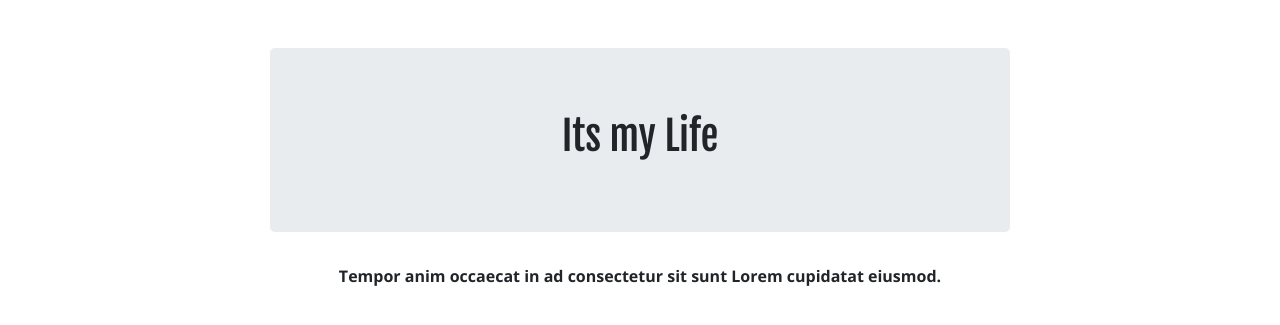
Repository: tanviredu/Data
Page: / (app in 28_vue_with_apis/vue-apis/)
The author's editor kept a copy of each file at every save. The page is drawn from the files as they stood at one save, then again after the next save.
The browser window is 1280 px wide. The pictures show the whole page.
The project was rebuilt for these pictures with package versions that can differ from the ones it lists, and the page was loaded fresh each time.

Above is the page before, as saved 2020-07-13 08:55:27.

After the next save:
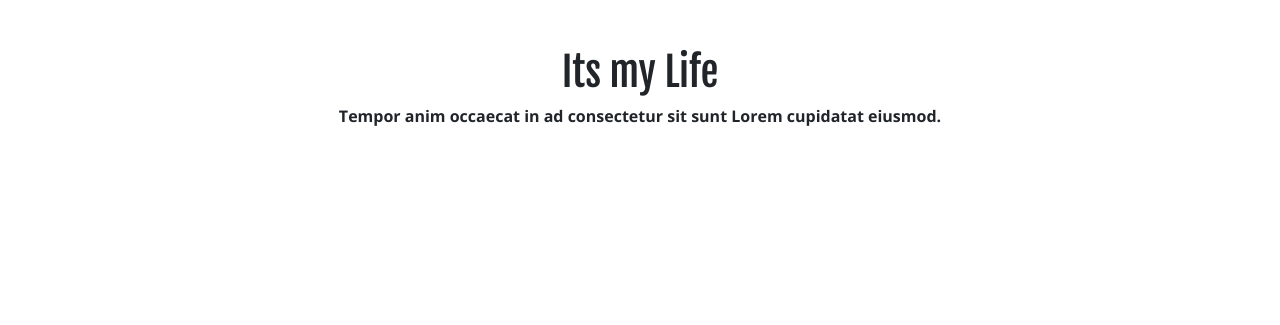
Saved 14 s later.
--- a/28_vue_with_apis/vue-apis/src/components/CurrentSong.vue
+++ b/28_vue_with_apis/vue-apis/src/components/CurrentSong.vue
@@ -5,8 +5,8 @@
         <div class="currentsong-backgroundimage position-absolute"></div>
         <div class="song-info d-flex justify-content-center align-items-center py-5">
           <div class="item container">
-            <div class="row justify-content-center">
-              <div class="song col-md-8 text-center jumbotron">
+            <div class="row justify-content-center jumbotron-fluid">
+              <div class="song col-md-8 text-center">
                 <h1 class="song-name" style="font-family: 'Fjalla One'">{{song.name}}</h1>
               </div>
               <div class="song col-md-12 text-center">
